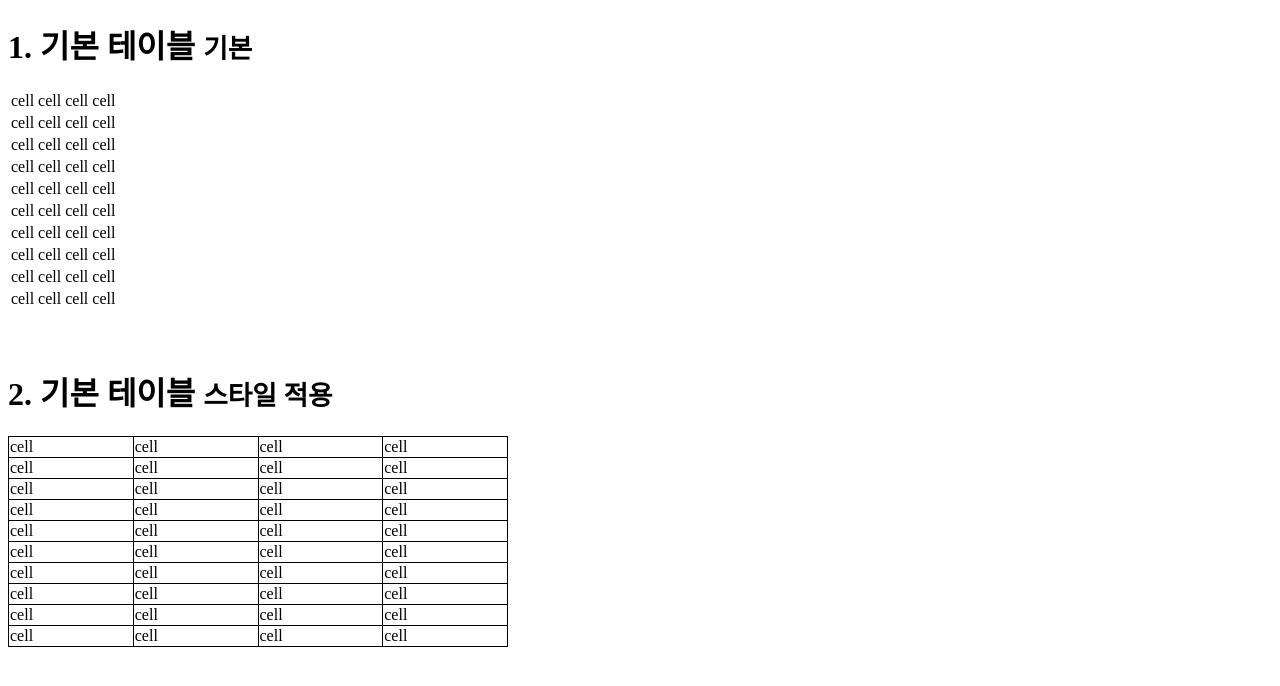
Repository: abbyinkr/BootstrapStudy
Page: BootStrapWork/WebContent/BootEx02.html
These files come from the project's save history. The page is drawn as it stood at one moment and after a run of saves; the edit follows.
The browser window is 1280 px wide. The pictures show the whole page.

Above is the page before, as saved 2021-07-01 03:30:02.

After the next 2 saves:
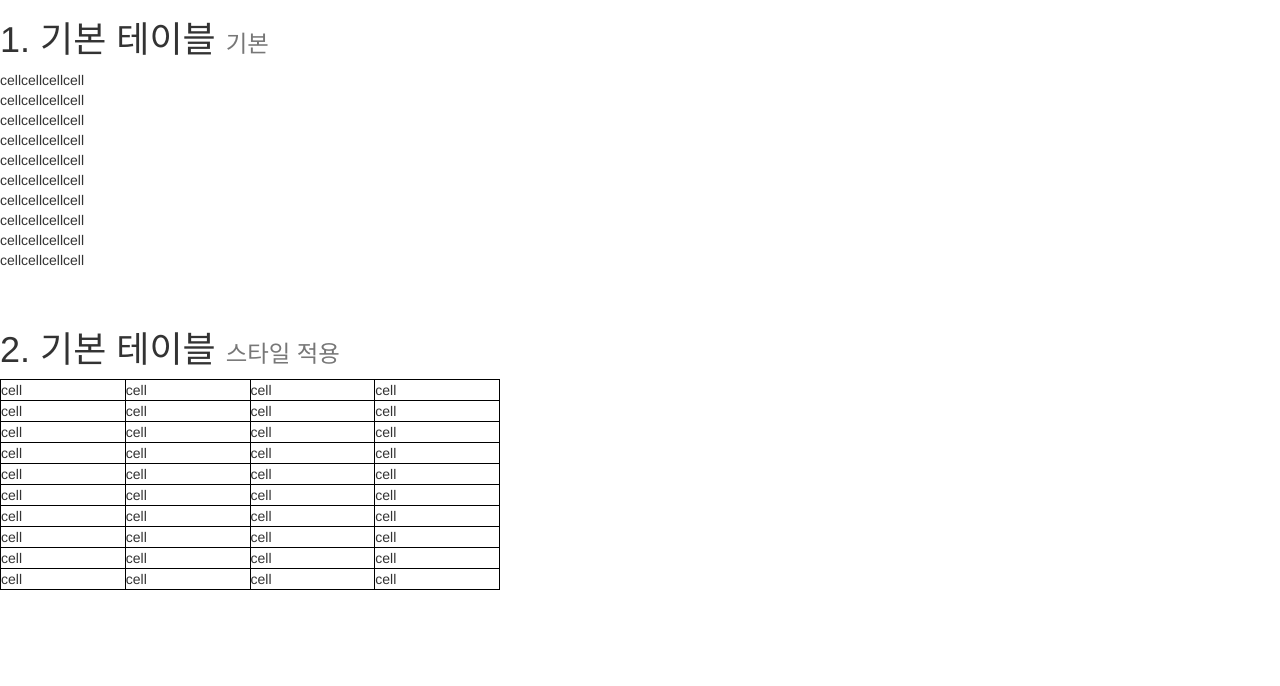
The 2 saves are shown as one change because they came seconds apart.
The last was saved 71 s later.
--- a/BootStrapWork/WebContent/BootEx02.html
+++ b/BootStrapWork/WebContent/BootEx02.html
@@ -3,6 +3,11 @@
 <head>
 <meta charset="UTF-8">
 <title>BootEx02.html</title>
+
+<link rel="stylesheet" href="css/bootstrap.css">
+<script type="text/javascript" src="http://code.jquery.com/jquery.min.js"></script>
+<script type="text/javascript" src="js/bootstrap.min.js"></script>
+
 <style type="text/css">
 
 	/* 테이블 기본 서식 */
